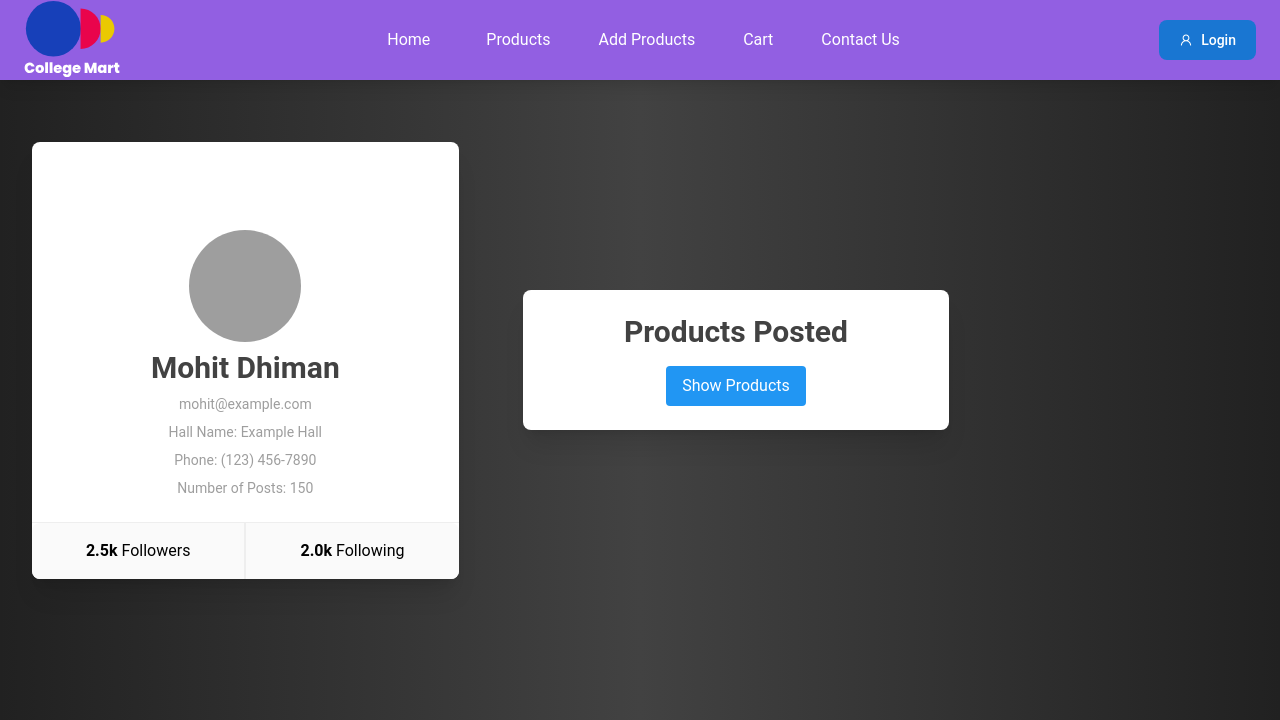
Repository: kumar1397/College-Mart
Page: /home/profile
The author's editor kept a copy of each file at every save. The page is drawn from the files as they stood at one save, then again after the next save.
The browser window is 1280 px wide. The pictures show the whole page.
Pictures or frames that could not be fetched are drawn as grey boxes. An inner scrolling area shows only its first screen. Some web fonts or font styles are not loaded; a fallback is used. Some web libraries are served in a nearby version. The project was rebuilt for these pictures with package versions that can differ from the ones it lists, and the page was loaded fresh each time. Also part of the build but not shown: src/components/forgetPassword/forgetpassword.jsx, src/components/Auth.js, src/components/hero/Heronavbar.jsx, src/components/hero/footer.jsx, src/components/hero/Carousel.jsx, src/components/hero/Hero.jsx, src/components/new-home-page/header.jsx, src/components/new-home-page/footer_cont.jsx and 12 more.

Above is the page before, as saved 2024-07-15 15:18:44.

### public/index.html
<!DOCTYPE html>
<html lang="en">
  <head>
    <meta charset="utf-8" />
    <!-- <link rel="icon" href="%PUBLIC_URL%/favicon.ico" /> -->
    <meta name="viewport" content="width=device-width, initial-scale=1" />
    <meta name="theme-color" content="#000000" />

    <meta
      name="description"
      content="Web site created using create-react-app"
    />
    <link rel="preconnect" href="https://fonts.googleapis.com" />
    <link rel="preconnect" href="https://fonts.gstatic.com" crossorigin />
    <link
      href="https://fonts.googleapis.com/css2?family=Playwrite+GB+S:ital,wght@0,100..400;1,100..400&display=swap"
      rel="stylesheet"
    />
    <link rel="preconnect" href="https://fonts.googleapis.com" />
    <link rel="preconnect" href="https://fonts.gstatic.com" crossorigin />
    <link
      href="https://fonts.googleapis.com/css2?family=Archivo:ital,wght@0,100..900;1,100..900&family=Exo+2:ital,wght@0,600;1,600&display=swap"
      rel="stylesheet"
    />
    <link rel="preconnect" href="https://fonts.googleapis.com" />
    <link rel="preconnect" href="https://fonts.gstatic.com" crossorigin />
    <link
      href="https://fonts.googleapis.com/css2?family=Archivo:ital,wght@0,100..900;1,100..900&family=Exo+2:ital,wght@0,600;1,600&family=Montserrat+Alternates:ital,wght@0,100;0,200;0,300;0,400;0,500;0,600;0,700;0,800;0,900;1,100;1,200;1,300;1,400;1,500;1,600;1,700;1,800;1,900&display=swap"
      rel="stylesheet"
    />
    <link
      rel="stylesheet"
      type="text/css"
      charset="UTF-8"
      href="https://cdnjs.cloudflare.com/ajax/libs/slick-carousel/1.6.0/slick.min.css"
    />
    <link
      rel="stylesheet"
      type="text/css"
      href="https://cdnjs.cloudflare.com/ajax/libs/slick-carousel/1.6.0/slick-theme.min.css"
    />
    <!-- <link rel="apple-touch-icon" href="%PUBLIC_URL%/logo192.png" /> -->
    <!-- <link rel="manifest" href="%PUBLIC_URL%/manifest.json" /> -->
    <title>College Mart</title>
  </head>

  <body>
    <noscript>You need to enable JavaScript to run this app.</noscript>
    <div id="root"></div>
  </body>
</html>

### src/index.js
import React from 'react';
import ReactDOM from 'react-dom/client';
import './index.css';
import App from './App';
import reportWebVitals from './reportWebVitals';
// import { BrowserRouter } from 'react-router-dom';

import { ThemeProvider } from "@material-tailwind/react";

const root = ReactDOM.createRoot(document.getElementById('root'));
root.render(

    <React.StrictMode>
      <ThemeProvider>
      <App />
      </ThemeProvider>
    </React.StrictMode>

);

// If you want to start measuring performance in your app, pass a function
// to log results (for example: reportWebVitals(console.log))
// or send to an analytics endpoint. Learn more: https://bit.ly/CRA-vitals
reportWebVitals();

### src/index.css
@tailwind base;
@tailwind components;
@tailwind utilities;


.bgblackAuth {
  background: url('/public/Frame2.svg');
}

.bgcolorAuth {
  background: url('/public/colorbg.svg ')
}

.hnavbg {
  background: url('/public/hnavbg.svg');
  background-size: 100%;
}

.herohomebg {
  background: url('/public/homebg.svg') no-repeat;
  background-size: 100%;
}

@import url('https://fonts.googleapis.com/css2?family=Roboto:wght@400;500;700&display=swap');


.playwrite {
  font-family: "Playwrite GB S", cursive;
  font-optical-sizing: auto;
  font-weight: 400;
  font-style: normal;
}

.exo {
  font-family: "Exo 2", sans-serif;
  font-optical-sizing: auto;
  font-weight: 600;
  font-style: normal;
}

.mont {
  font-family: "Montserrat Alternates", sans-serif;
  font-weight: 300;
  font-style: normal;
}

### src/App.js
import Auth from "./components/Auth";
import Hero from "./components/hero/Hero";
import Home02 from "./components/new-home-page/parent";
import { AuthProvider } from "./contexts/AuthContext";
import ContactUs from "./components/contact-us/contact";
import { Route, Routes, BrowserRouter as Router } from "react-router-dom";
import ProductFormCard from "./components/product/newProduct";
import Profile from "./components/profile/profile";
import ResetPassword from "./components/forgetPassword/resetpassword";
import ForgotPassword from "./components/forgetPassword/forgetpassword";

function App() {
  return (
    <div>
      <Router>
        <AuthProvider>
          <Routes>
            <Route exact path="/" element={<Hero />} />
            <Route path="/auth" element={<Auth />} />
            <Route path="/home" element={<Home02 />} />
            <Route path="/home/profile" element={<Profile />} />
            <Route path="/home/form" element={<ProductFormCard />} />
            <Route path="/contactus" element={<ContactUs />} />
            <Route path="/forgot_password" element={<ForgotPassword/>} />
            <Route path="/reset/:token" element={< ResetPassword/>} />
          </Routes>
        </AuthProvider>
      </Router>
    </div>
  );
}

export default App;

### src/contexts/AuthContext.js
import React, { createContext, useState, useEffect } from "react";
import { useNavigate } from "react-router-dom";

const AuthContext = createContext();

export const AuthProvider = ({ children }) => {
  const [user, setUser] = useState(null);
  const navigate = useNavigate();

  useEffect(() => {
    const token = localStorage.getItem("token");
    const storedUser = JSON.parse(localStorage.getItem("user"));

    if (token && storedUser) {
      setUser(storedUser);
    } else {
      // navigate("");
    }
  }, [navigate]);

  const login = (userData, token) => {
    localStorage.setItem("token", token);
    localStorage.setItem("user", JSON.stringify(userData));
    setUser(userData);
    navigate("/home");
  };

  const logout = () => {
    localStorage.removeItem("token");
    localStorage.removeItem("user");
    setUser(null);
    navigate("/auth");
  };

  return (
    <AuthContext.Provider value={{ user, login, logout }}>
      {children}
    </AuthContext.Provider>
  );
};

export default AuthContext;

### src/components/profile/profile.jsx
import React from "react";
import { useState } from "react";
import ProductComponent  from "./UserProfile";
import { FontAwesomeIcon } from '@fortawesome/react-fontawesome';
import { faPhone, faEnvelope } from '@fortawesome/free-solid-svg-icons';
import Navbar from "../new-home-page/navbar";
const products = [
    {
        id: 1,
        name: "Product 1",
        tag: "Tag 1",
        buyDate: "2023-01-01",
        condition: "New",
        description: "Description of Product 1",
        images: ["/logo192.png", "/shoes01.webp","/ycle.webp"]
    },
    {
        id: 2,
        name: "Product 2",
        tag: "Tag 2",
        buyDate: "2023-02-01",
        condition: "Used",
        description: "Description of Product 2",
        images: ["/logo192.png", "/shoes01.webp","/ycle.webp"]
    },
    {
        id: 3,
        name: "Product 3",
        tag: "Tag 3",
        buyDate: "2023-02-01",
        condition: "Used",
        description: "Description of Product 2",
        images: ["/logo192.png", "/shoes01.webp","/ycle.webp"]
    }

];
export default function Profile() {
    const [showProducts, setShowProducts] = useState(false);
    return (
        <>
        <Navbar />
        <div class="  bg-gradient-to-r from-gray-900 via-gray-800 to-gray-900  h-[100vh] overflow-scroll dark:bg-gray-800 flex  flex-wrap justify-start items-center bg-gray-500">

        <div class="container lg:w-2/6 xl:w-2/7 my-16 mx-8 rounded-lg sm:w-full md:w-2/3 bg-white shadow-xl h-fit transform duration-200 easy-in-out">
            <div class="h-32 overflow-hidden">
                {/* <img class="w-full rounded-lg" src="https://images.unsplash.com/photo-1605379399642-870262d3d051?ixid=MnwxMjA3fDB8MHxwaG90by1wYWdlfHx8fGVufDB8fHx8&ixlib=rb-1.2.1&auto=format&fit=crop&w=2000&q=80" alt="" /> */}
            </div>
            <div class="flex justify-center px-5 -mt-12">
                <img class="h-32 w-32 bg-white p-2 rounded-full" src="https://images.unsplash.com/photo-1535713875002-d1d0cf377fde?ixid=MnwxMjA3fDB8MHxwaG90by1wYWdlfHx8fGVufDB8fHx8&ixlib=rb-1.2.1&auto=format&fit=crop&w=2000&q=80" alt="" />
            </div>
            <div class=" rounded-lg">
                <div class="text-center px-14">
                    <h2 class="text-gray-800 text-3xl font-bold">Mohit Dhiman</h2>
                    <p class="text-gray-500 text-sm mt-2">mohit@example.com</p>
                    <p class="text-gray-500 text-sm mt-2">Hall Name: Example Hall</p>
                    <p class="text-gray-500 text-sm mt-2">Phone: (123) 456-7890</p>
                    <p class="text-gray-500 text-sm mt-2">Number of Posts: 150</p>
                </div>
                <hr class="mt-6" />
                <div class="flex bg-gray-50 rounded-lg">
                    <div class="text-center w-1/2 p-4 hover:bg-gray-100 cursor-pointer">
                        <p><span class="font-semibold">2.5k </span> Followers</p>
                    </div>
                    <div class="border"></div>
                    <div class="text-center w-1/2 p-4 hover:bg-gray-100 cursor-pointer">
                        <p><span class="font-semibold">2.0k </span> Following</p>
                    </div>
                </div>
            </div>
        </div>
        <div className="container lg:w-2/6 xl:w-2/7 my-16 mx-8 rounded-lg sm:w-full md:w-2/3 bg-white shadow-xl h-fit transform duration-200 ease-in-out">
                    <div className="p-6">
                        <div className="text-center">
                            <h2 className="text-gray-800 text-3xl font-bold">Products Posted</h2>
                            <button
                                className="mt-4 px-4 py-2 bg-blue-500 text-white rounded"
                                onClick={() => setShowProducts(!showProducts)}
                            >
                                {showProducts ? "Hide Products" : "Show Products"}
                            </button>
                        </div>
                        {showProducts && (
                            <div className="mt-6">
                                {products.map((product, index) => (
                                    <div key={product.id} className="mb-6 border-b pb-4">
                                        <h3 className="text-gray-800 text-xl font-bold">{product.name}</h3>
                                        <p className="text-gray-500 text-sm">{product.tag}</p>
                                        <p className="text-gray-500 text-sm">Buy Date: {product.buyDate}</p>
                                        <p className="text-gray-500 text-sm">Condition: {product.condition}</p>
                                        <p className="text-gray-500 text-sm">Description: {product.description}</p>
                                        <div className="flex">
                                            {product.images.map((image, imgIndex) => (
                                                <img key={imgIndex} src={image} alt={`Product ${product.id}`} className="w-16 h-16 mr-2 rounded-lg" />
                                            ))}
                                        </div>
                                        {index === 0 && <p className="text-green-500 text-sm">Status: Sold</p>}
                                    </div>
                                ))}
                            </div>
                        )}
                    </div>
        </div>
    </div>
    </>


    )
}

### src/components/new-home-page/navbar.jsx
import React, { useState, useContext } from "react";
import { Link } from "react-router-dom";
import {
  AiOutlineClose,
  AiOutlineMenu,
  AiOutlineUser,
  AiOutlineLogout,
} from "react-icons/ai";
import AuthContext from "../../contexts/AuthContext";
import Logo from "./logo.svg"
const Navbar = () => {
  const { user, logout } = useContext(AuthContext);
  const [nav, setNav] = useState(false);
  const [isDropdownOpen, setIsDropdownOpen] = useState(false);

  const navItems = [
    { id: 1, text: "Home", path: "/" },
    { id: 2, text: "Products", path: "/products" },
    { id: 3, text: "Add Products", path: "/add-products" },
    { id: 4, text: "Cart", path: "/cart" },
    { id: 4, text: "Contact Us", path: "/contactus" },
  ];

  const handleNav = () => setNav(!nav);
  const toggleDropdown = () => setIsDropdownOpen(!isDropdownOpen);

  return (
    <div className="bg-[#925FE2] shadow-lg flex justify-between z-20 items-center h-20 w-full px-6 text-white fixed">
      <div className="flex items-center space-x-2">
        <div className=" w-24 max-w-24"><img src={Logo} alt="" /></div>
      </div>

      <ul className="hidden md:flex space-x-4">
        {navItems.map((item) => (
          <li
            key={item.id}
            className="p-4 hover:bg-white rounded-xl m-2 cursor-pointer duration-300 hover:text-black"
          >
            <Link to={item.path}>{item.text}</Link>
          </li>
        ))}
      </ul>

      <div className="block md:hidden" onClick={handleNav}>
        {nav ? <AiOutlineClose size={20} /> : <AiOutlineMenu size={20} />}
      </div>

      <ul
        className={`fixed top-0 left-0 w-[60%] h-full border-r border-r-gray-900 bg-[#000300] ease-in-out duration-500 ${
          nav ? "left-0" : "left-[-100%]"
        } md:hidden`}
      >
        <h1 className="w-full text-3xl font-bold text-[#00df9a] m-4">REACT.</h1>
        {navItems.map((item) => (
          <li
            key={item.id}
            className="p-4 border-b rounded-xl hover:bg-[#00df9a] duration-300 hover:text-black cursor-pointer border-gray-600"
          >
            <Link to={item.path}>{item.text}</Link>
          </li>
        ))}
      </ul>

      <div className="relative flex items-center space-x-4">
        {user ? (
          <>
            <button
              id="dropdownDefaultButton"
              onClick={toggleDropdown}
              className="flex items-center text-white bg-blue-700 hover:bg-blue-800 focus:ring-4 focus:outline-none focus:ring-blue-300 font-medium rounded-lg text-sm px-5 py-2.5 dark:bg-blue-600 dark:hover:bg-blue-700 dark:focus:ring-blue-800"
              type="button"
            >
              <AiOutlineUser className="w-6 h-6 mr-2" />
              <span>{user.name}</span>
              <svg
                className="w-2.5 h-2.5 ml-2"
                aria-hidden="true"
                xmlns="http://www.w3.org/2000/svg"
                fill="none"
                viewBox="0 0 10 6"
              >
                <path
                  stroke="currentColor"
                  strokeLinecap="round"
                  strokeLinejoin="round"
                  strokeWidth="2"
                  d="m1 1 4 4 4-4"
                />
              </svg>
            </button>
            {isDropdownOpen && (
              <div
                id="dropdown"
                className="absolute top-full mt-2 z-10 bg-white divide-y divide-gray-100 w-44 rounded-lg shadow dark:bg-gray-700"
              >
                <ul className="py-2 text-sm text-gray-700 dark:text-gray-200">
                  <li>
                    <Link
                      to="/home/profile"
                      className=" px-4 py-2 hover:bg-gray-100 dark:hover:bg-gray-600 dark:hover:text-white w-full text-left flex items-center"
                    >
                      <AiOutlineUser className="mr-2" />
                      Profile
                    </Link>
                  </li>
                  <li>
                    <button
                      className=" px-4 py-2 hover:bg-gray-100 dark:hover:bg-gray-600 dark:hover:text-white w-full text-left flex items-center"
                      onClick={logout}
                    >
                      <AiOutlineLogout className="mr-2" />
                      Logout
                    </button>
                  </li>
                </ul>
              </div>
            )}
          </>
        ) : (
          <Link
            to="/login"
            className="flex items-center px-5 py-2.5 bg-blue-700 hover:bg-blue-800 focus:ring-4 focus:outline-none focus:ring-blue-300 text-sm font-medium rounded-lg dark:bg-blue-600 dark:hover:bg-blue-700 dark:focus:ring-blue-800"
          >
            <AiOutlineUser className="mr-2" />
            Login
          </Link>
        )}
      </div>
    </div>
  );
};

export default Navbar;

### tailwind.config.js
/** @type {import('tailwindcss').Config} */

// const withMT = require("@material-tailwind/react/utils/withMT");

// const config={
//   content: [
//     "./src/**/*.{js,jsx,ts,tsx}",
//   ],
//   theme: {
//     extend: {},
//   },
//   plugins: [],
// }

// module.exports = withMT(config);

const withMT = require("@material-tailwind/react/utils/withMT");

module.exports = withMT({
  content: ["./src/**/*.{js,jsx,ts,tsx}"],
  theme: {
    extend: {
      keyframes: {
        gradient: {
          '0%': { backgroundPosition: '0% 50%' },
          '50%': { backgroundPosition: '100% 50%' },
          '100%': { backgroundPosition: '0% 50%' },
        },
      },
      animation: {
        'gradient-bg': 'gradient 15s ease infinite',
      },
      backgroundImage: {
        'gradient-radial': 'radial-gradient(circle, var(--tw-gradient-stops))',
        'gradient-linear': 'linear-gradient(270deg, #ff9a9e, #fad0c4, #fad0c4, #ff9a9e)',
      },
    },
  },
  plugins: [],
});

Loaded but not shown: src/reportWebVitals.js (common file)

After the next save:
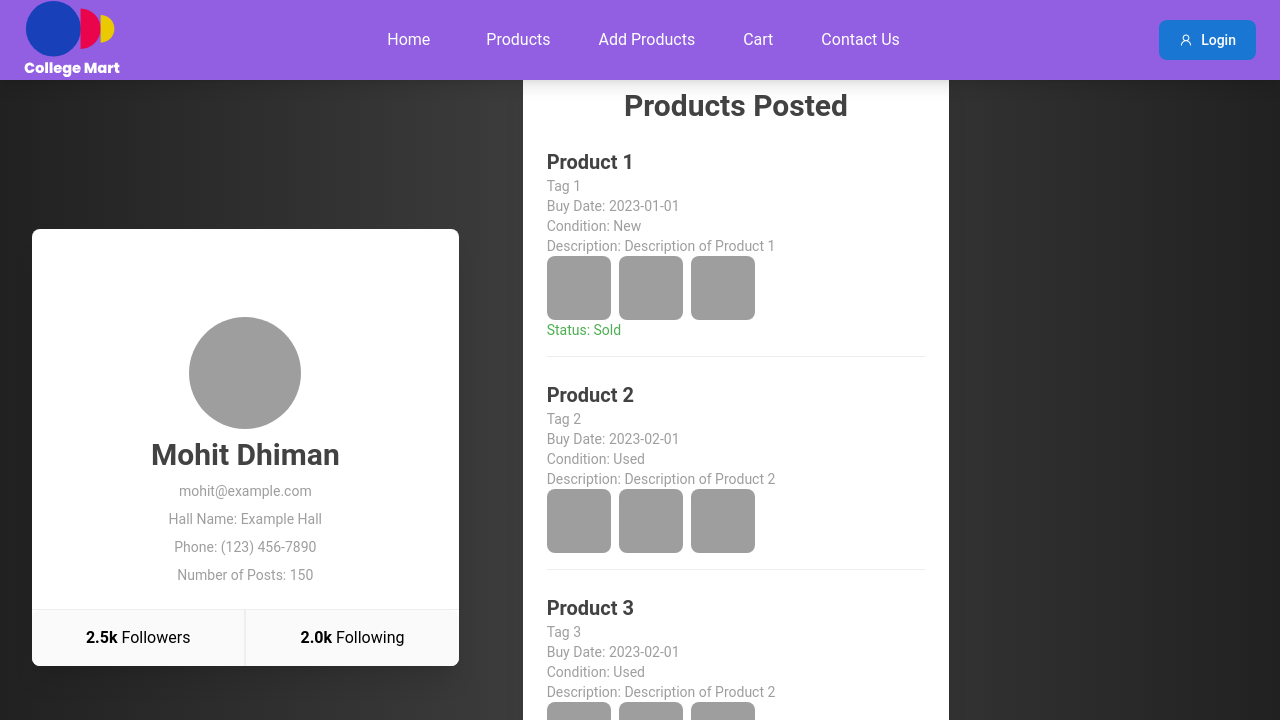
Saved 7 min 25 s later.
--- a/src/components/profile/profile.jsx
+++ b/src/components/profile/profile.jsx
@@ -1,5 +1,4 @@
 import React from "react";
-import { useState } from "react";
 import ProductComponent  from "./UserProfile";
 import { FontAwesomeIcon } from '@fortawesome/react-fontawesome';
 import { faPhone, faEnvelope } from '@fortawesome/free-solid-svg-icons';
@@ -35,7 +34,6 @@ const products = [
 
 ];
 export default function Profile() {
-    const [showProducts, setShowProducts] = useState(false);
     return (
         <>
         <Navbar />
@@ -72,34 +70,26 @@ export default function Profile() {
                     <div className="p-6">
                         <div className="text-center">
                             <h2 className="text-gray-800 text-3xl font-bold">Products Posted</h2>
-                            <button
-                                className="mt-4 px-4 py-2 bg-blue-500 text-white rounded"
-                                onClick={() => setShowProducts(!showProducts)}
-                            >
-                                {showProducts ? "Hide Products" : "Show Products"}
-                            </button>
                         </div>
-                        {showProducts && (
-                            <div className="mt-6">
-                                {products.map((product, index) => (
-                                    <div key={product.id} className="mb-6 border-b pb-4">
-                                        <h3 className="text-gray-800 text-xl font-bold">{product.name}</h3>
-                                        <p className="text-gray-500 text-sm">{product.tag}</p>
-                                        <p className="text-gray-500 text-sm">Buy Date: {product.buyDate}</p>
-                                        <p className="text-gray-500 text-sm">Condition: {product.condition}</p>
-                                        <p className="text-gray-500 text-sm">Description: {product.description}</p>
-                                        <div className="flex">
-                                            {product.images.map((image, imgIndex) => (
-                                                <img key={imgIndex} src={image} alt={`Product ${product.id}`} className="w-16 h-16 mr-2 rounded-lg" />
-                                            ))}
-                                        </div>
-                                        {index === 0 && <p className="text-green-500 text-sm">Status: Sold</p>}
+                        <div className="mt-6">
+                            {products.map((product, index) => (
+                                <div key={product.id} className="mb-6 border-b pb-4">
+                                    <h3 className="text-gray-800 text-xl font-bold">{product.name}</h3>
+                                    <p className="text-gray-500 text-sm">{product.tag}</p>
+                                    <p className="text-gray-500 text-sm">Buy Date: {product.buyDate}</p>
+                                    <p className="text-gray-500 text-sm">Condition: {product.condition}</p>
+                                    <p className="text-gray-500 text-sm">Description: {product.description}</p>
+                                    <div className="flex">
+                                        {product.images.map((image, imgIndex) => (
+                                            <img key={imgIndex} src={image} alt={`Product ${product.id}`} className="w-16 h-16 mr-2 rounded-lg" />
+                                        ))}
                                     </div>
-                                ))}
-                            </div>
-                        )}
+                                    {index === 0 && <p className="text-green-500 text-sm">Status: Sold</p>}
+                                </div>
+                            ))}
+                        </div>
                     </div>
-        </div>
+                </div>
     </div>
     </>
 
